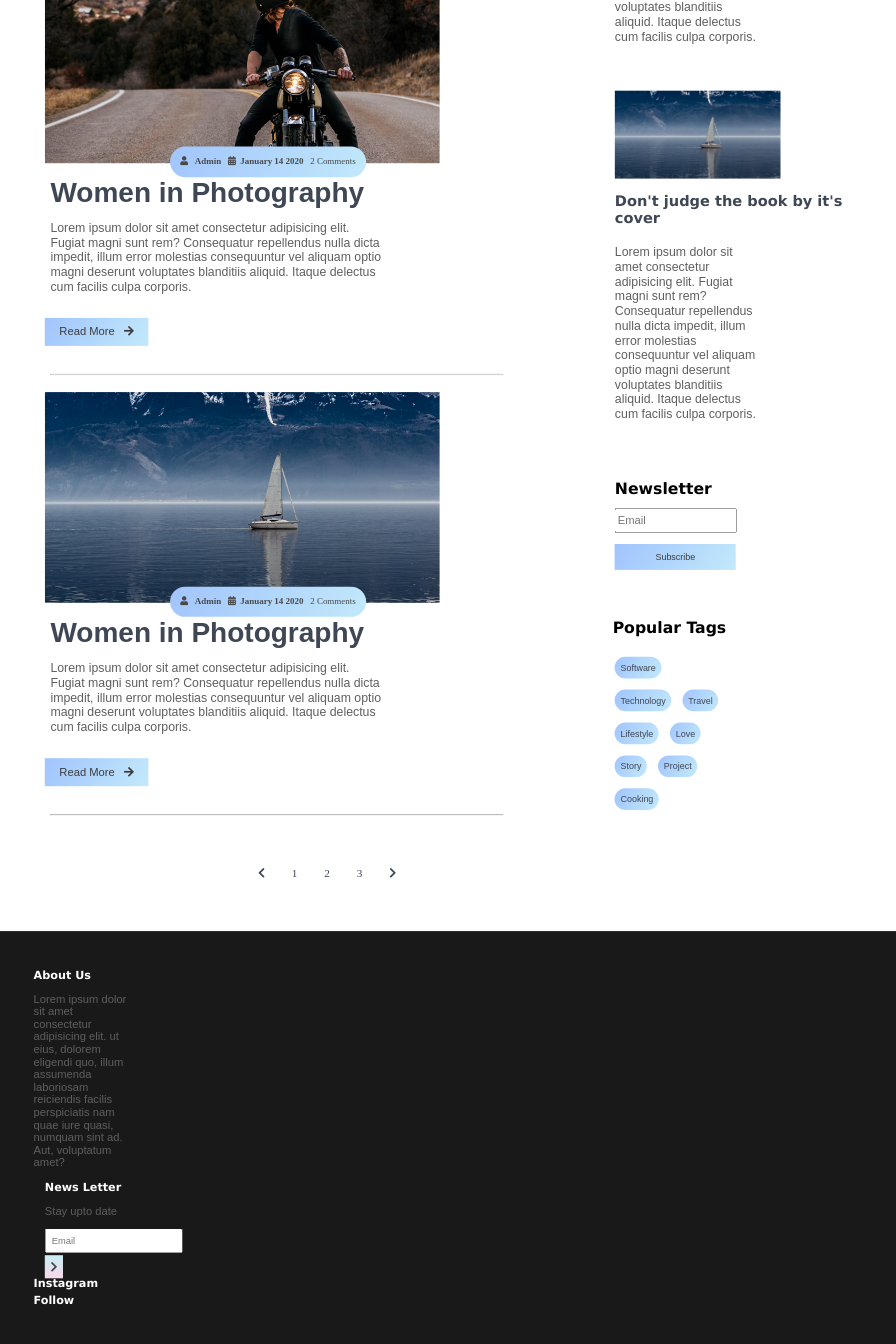
Repository: premjawaharp/Blogsite
Page: index.html
These files come from the project's save history. The page is drawn as it stood at one moment and after a run of saves; the edit follows.
The browser window is 1280 px wide. The pictures show the part of the page from y = 2623 to 4543 px (the page is 4543 px tall before and 4373 px after), at 70% of full size.

Above is the page before, as saved 2020-09-18 15:19:47.

### index.html
<!DOCTYPE html>
<html lang="en">
<head>
    <meta charset="UTF-8">
    <meta name="viewport" content="width=device-width, initial-scale=1.0">
    <title>Blogger</title>

    <!--Font Awesome style-->
    <link rel="stylesheet" href="css/all.css">

    <!-- Owl Carousel style -->
    <link rel="stylesheet" href="./css/owl.carousel.min.css">
    <link rel="stylesheet" href="./css/owl.theme.default.css">

    <!--Custom style-->
    <link rel="stylesheet" href="css/style.css">
</head>
<body>
    <!------------- Navigation ------------------>
   <nav class="nav">
        <div class="nav-menu flex-row">
            <div class="nav-brand">
                <a href="#" class="text-gray">Premonation</a>
            </div>
            <div class="toggle-collapse">
                <div class="toggle-icons">
                    <i class="fas fa-bars"></i>
                </div>
            </div>
            <div>
                <ul class="nav-items">
                    <li class="nav-link">
                        <a href="#">Home</a>
                    </li>
                    <li class="nav-link">
                        <a href="#">Category</a>
                    </li>
                    <li class="nav-link">
                        <a href="#">Archive</a>
                    </li>
                    <li class="nav-link">
                        <a href="#">Pages</a>
                    </li>
                    <li class="nav-link">
                        <a href="#">Contact Us</a>
                    </li>
                </ul>
            </div>
            <div class="social text-gray">
                    <a href="#"><i class="fab fa-facebook-f"></i></a>
                    <a href="#"><i class="fab fa-instagram"></i></a>
                    <a href="#"><i class="fab fa-twitter"></i></a>
                    <a href="#"><i class="fab fa-youtube"></i></a>
            </div>
        </div>
    </nav>
    <!-----x------- Navigation --------x--------->

    <!-- Main site section -->
    <main>
        <!---- Site title ---->
        <section class="site-title">
            <div class="site-background">
                <h3>Tours & Travels</h3>
                <h1>Amazing Place on Earth</h1>
                <button class="btn">Explore</button>
            </div>
        </section>
        <!-- x Site title x -->
        <!-- Blog Carousel content -->
        <section>
            <div class="blog">
                <div class="container">
                    <div class="owl-carousel owl-theme blogpost">
                        <div class="blog-content">
                            <img src="./assets/Blog-post/post-1.jpg" alt="post1">
                            <div class="blog-title">
                                <h3>London Fashion Week</h3>
                                <button class="btn">Fashion</button>
                            </div>
                        </div>
                        <div class="blog-content">
                            <img src="./assets/Blog-post/post-2.jpg" alt="post2">
                            <div class="blog-title">
                                <h3>London Fashion Week</h3>
                                <button class="btn">Fashion</button>
                            </div>
                        </div>
                        <div class="blog-content">
                            <img src="./assets/Blog-post/post-3.jpg" alt="post3">
                            <div class="blog-title">
                                <h3>London Fashion Week</h3>
                                <button class="btn">Fashion</button>
                            </div>
                        </div>
                        <div class="blog-content">
                            <img src="./assets/Blog-post/post-1.jpg" alt="post1">
                            <div class="blog-title">
                                <h3>London Fashion Week</h3>
                                <button class="btn">Fashion</button>
                            </div>
                        </div>

                    </div>
                    <div class="owl-navigation">
                        <span class="owl-nav-prev"><i class="fas fa-long-arrow-alt-left"></i></span>
                        <span class="owl-nav-next"><i class="fas fa-long-arrow-alt-right"></i></span>
                    </div>
                </div>
            </div>
        </section>
        <!-- x Blog Carousel content x -->

        <!---- Site Content ---->

        <section class="container">
            <div class="site-content">
                <div class="posts">
                    <div class="post-content">
                        <div class="post-image">
                            <div>
                                <img  src="./assets/Blog-post/blog1.png" class="img" alt="blog1">
                            </div>
                            <div class="post-info flex-row">
                                <span><i class="fas fa-user text-gray">&nbsp;&nbsp; Admin</i></span>&nbsp;
                                <span><i class="fas fa-calendar-alt text-gray">&nbsp;&nbsp;January 14 2020</i></span>&nbsp;
                                <span class="text-gray">2 Comments</span>
                            </div>
                        </div>
                        <div class="post-title">
                            <a href="#"><h1>Women in Photography</h1></a>
                            <p>Lorem ipsum dolor sit amet consectetur adipisicing elit.
                                Fugiat magni sunt rem? Consequatur repellendus nulla dicta impedit, illum error molestias consequuntur vel aliquam optio magni deserunt voluptates blanditiis aliquid. Itaque delectus cum facilis culpa corporis.</p>
                        </div>
                        <button class="btn post-btn">Read More &nbsp; <i class="fas fa-arrow-right"></i></button>
                    </div>
                    <hr>
                    <div class="post-content">
                        <div class="post-image">
                            <div>
                                <img  src="./assets/Blog-post/blog2.png" class="img" alt="blog">
                            </div>
                            <div class="post-info flex-row">
                                <span><i class="fas fa-user text-gray">&nbsp;&nbsp; Admin</i></span>&nbsp;
                                <span><i class="fas fa-calendar-alt text-gray">&nbsp;&nbsp;January 14 2020</i></span>&nbsp;
                                <span class="text-gray">2 Comments</span>
                            </div>
                        </div>
                        <div class="post-title">
                            <a href="#"><h1>Women in Photography</h1></a>
                            <p>Lorem ipsum dolor sit amet consectetur adipisicing elit.
                                Fugiat magni sunt rem? Consequatur repellendus nulla dicta impedit, illum error molestias consequuntur vel aliquam optio magni deserunt voluptates blanditiis aliquid. Itaque delectus cum facilis culpa corporis.</p>
                        </div>
                        <button class="btn post-btn">Read More &nbsp; <i class="fas fa-arrow-right"></i></button>
                    </div>
                    <hr>
                    <div class="post-content">
                        <div class="post-image">
                            <div>
                                <img  src="./assets/Blog-post/blog3.png" class="img" alt="blog3">
                            </div>
                            <div class="post-info flex-row">
                                <span><i class="fas fa-user text-gray">&nbsp;&nbsp; Admin</i></span>&nbsp;
                                <span><i class="fas fa-calendar-alt text-gray">&nbsp;&nbsp;January 14 2020</i></span>&nbsp;
                                <span class="text-gray">2 Comments</span>
                            </div>
                        </div>
                        <div class="post-title">
                            <a href="#"><h1>Women in Photography</h1></a>
                            <p>Lorem ipsum dolor sit amet consectetur adipisicing elit.
                                Fugiat magni sunt rem? Consequatur repellendus nulla dicta impedit, illum error molestias consequuntur vel aliquam optio magni deserunt voluptates blanditiis aliquid. Itaque delectus cum facilis culpa corporis.</p>
                        </div>
                        <button class="btn post-btn">Read More &nbsp; <i class="fas fa-arrow-right"></i></button>
                    </div>
                    <hr>
                    <div class="post-content">
                        <div class="post-image">
                            <div>
                                <img  src="./assets/Blog-post/blog4.png" class="img" alt="blog3">
                            </div>
                            <div class="post-info flex-row">
                                <span><i class="fas fa-user text-gray">&nbsp;&nbsp; Admin</i></span>&nbsp;
                                <span><i class="fas fa-calendar-alt text-gray">&nbsp;&nbsp;January 14 2020</i></span>&nbsp;
                                <span class="text-gray">2 Comments</span>
                            </div>
                        </div>
                        <div class="post-title">
                            <a href="#"><h1>Women in Photography</h1></a>
                            <p>Lorem ipsum dolor sit amet consectetur adipisicing elit.
                                Fugiat magni sunt rem? Consequatur repellendus nulla dicta impedit, illum error molestias consequuntur vel aliquam optio magni deserunt voluptates blanditiis aliquid. Itaque delectus cum facilis culpa corporis.</p>
                        </div>
                        <button class="btn post-btn">Read More &nbsp; <i class="fas fa-arrow-right"></i></button>
                    </div>
                    <hr>
                    <div class="pagination flex-row">
                        <a href="#"><i class="fas fa-chevron-left"></i></a>
                        <a href="#" class="page">1</a>
                        <a href="#" class="page">2</a>
                        <a href="#" class="page">3</a>
                        <a href="#" ><i class="fas fa-chevron-right"></i></a>
                    </div>
                </div>
                <aside class="sidebar">
                    <div class="category">
                        <h3>Category</h3>
                        <ul class="category-list">
                            <li class="list-items">
                                <a href="#">Software</a>
                                <span>(05)</span>
                            </li>
                            <li class="list-items">
                                <a href="#">Technology</a>
                                <span>(03)</span>
                            </li>
                            <li class="list-items">
                                <a href="#">Lifestyle</a>
                                <span>(02)</span>
                            </li>
                            <li class="list-items">
                                <a href="#">Shopping</a>
                                <span>(06)</span>
                            </li>
                            <li class="list-items">
                                <a href="#">Food</a>
                                <span>(04)</span>
                            </li>
                        </ul>
                    </div>
                    <div class="popular-post">
                        <h3>Popular Posts</h3>
                        <div class="post-content">
                            <div class="post-image">
                                <div>
                                    <img  src="./assets/Blog-post/blog4.png" class="img" alt="blog3">
                                </div>

                            </div>
                            <div class="post-title">
                                <a href="#"><h4>Women in Photography</h4></a>
                                <p>Lorem ipsum dolor sit amet consectetur adipisicing elit.
                                    Fugiat magni sunt rem? Consequatur repellendus nulla dicta impedit, illum error molestias consequuntur vel aliquam optio magni deserunt voluptates blanditiis aliquid. Itaque delectus cum facilis culpa corporis.</p>
                            </div>
                        </div>
                        <div class="post-content">
                            <div class="post-image">
                                <div>
                                    <img  src="./assets/Blog-post/blog4.png" class="img" alt="blog3">
                                </div>
                            </div>
                            <div class="post-title">
                                <a href="#"><h4>Biker Boys</h4></a>
                                <p>Lorem ipsum dolor sit amet consectetur adipisicing elit.
                                    Fugiat magni sunt rem? Consequatur repellendus nulla dicta impedit, illum error molestias consequuntur vel aliquam optio magni deserunt voluptates blanditiis aliquid. Itaque delectus cum facilis culpa corporis.</p>
                            </div>
                        </div>
                        <div class="post-content">
                            <div class="post-image">
                                <div>
                                    <img  src="./assets/Blog-post/blog4.png" class="img" alt="blog3">
                                </div>
                            </div>
                            <div class="post-title">
                                <a href="#"><h4>Don't judge the book by it's cover</h4></a>
                                <p>Lorem ipsum dolor sit amet consectetur adipisicing elit.
                                    Fugiat magni sunt rem? Consequatur repellendus nulla dicta impedit, illum error molestias consequuntur vel aliquam optio magni deserunt voluptates blanditiis aliquid. Itaque delectus cum facilis culpa corporis.</p>
                            </div>
                        </div>
                        <div class="news-letter">
                            <div class="news-form">
                                <h3>Newsletter</h3>
                                <div class="news-inputs">
                                    <input type="text" class='input-element' placeholder="Email">
                                    <button class="new-form-btn btn">Subscribe</button>
                                </div>

                            </div>
                        </div>
                        <div class="popular-tag">
                            <h3>Popular Tags</h3>
                            <div class="tags flex-row">
                                <span class="tag">Software</span>
                                <span class="tag">Technology</span>
                                <span class="tag">Travel</span>
                                <span class="tag">Lifestyle</span>
                                <span class="tag">Love</span>
                                <span class="tag">Story</span>
                                <span class="tag">Project</span>
                                <span class="tag">Cooking</span>
                            </div>

                        </div>

                    </div>
                </aside>

            </div>
        </section>
        <!-- x Site Content x -->

    </main>
    <!-- x Main site section x -->
    <!-- ------- footer ------- -->
    <footer class="footer">
        <div class="container">
            <div class="pad-pad">
                <div class="about-us">
                    <h3>About Us</h3>
                    <p class="">Lorem ipsum dolor sit amet consectetur adipisicing elit.
                        ut eius, dolorem eligendi quo, illum
                        assumenda laboriosam reiciendis
                        facilis perspiciatis nam quae iure quasi,
                         numquam sint ad. Aut, voluptatum amet?</p>
                </div>
                <div class="news-letter">
                    <h3>News Letter</h3>
                    <p>Stay upto date</p>
                    <div class="news-inputs">
                        <input type="text" class='input-element' placeholder="Email">
                        <span><i class='fas fa-chevron-right'></i></span>
                    </div>
                </div>
                <div class="instagram">
                    <h3>Instagram</h3>
                </div>
                <div class="follow">
                    <h3>Follow</h3>
                </div>
            </div>
        </div>
    </footer>

    <!-- -----x- footer -x----- -->
    <!-- Jquery library -->
    <script src="js/jquery3.5.1.min.js"></script>
    <!-- Owl Carousel Js -->
    <script src="js/owl.carousel.min.js"></script>
    <!-- Custom javascript -->
    <script src="js/script.js"></script>



</body>
</html>

### css/fonts.css
@font-face{
    font-family: Montserrat;
    src: url(../Montserrat/Montserrat-Light.ttf)
}
@font-face{
    font-family: Montserrat-Bold;
    src: url(../Montserrat/Montserrat-Bold.ttf)
}
@font-face{
    font-family: Montserrat-SemiBold;
    src: url(../Montserrat/Montserrat-SemiBold.ttf)
}
@font-face{
    font-family: Montserrat-Medium;
    src: url(../Montserrat/Montserrat-Regular.ttf)
}

@font-face{
    font-family: Anton-Regular;
    src: url(../Anton/Anton-Regular.ttf)
}

Loaded but not shown: css/all.css (library); css/owl.carousel.min.css (library); css/owl.theme.default.css (common file); js/jquery3.5.1.min.js (library); js/owl.carousel.min.js (library); js/script.js (26 lines, source omitted); css/style.css (494 lines, source omitted)

After the next 2 saves:
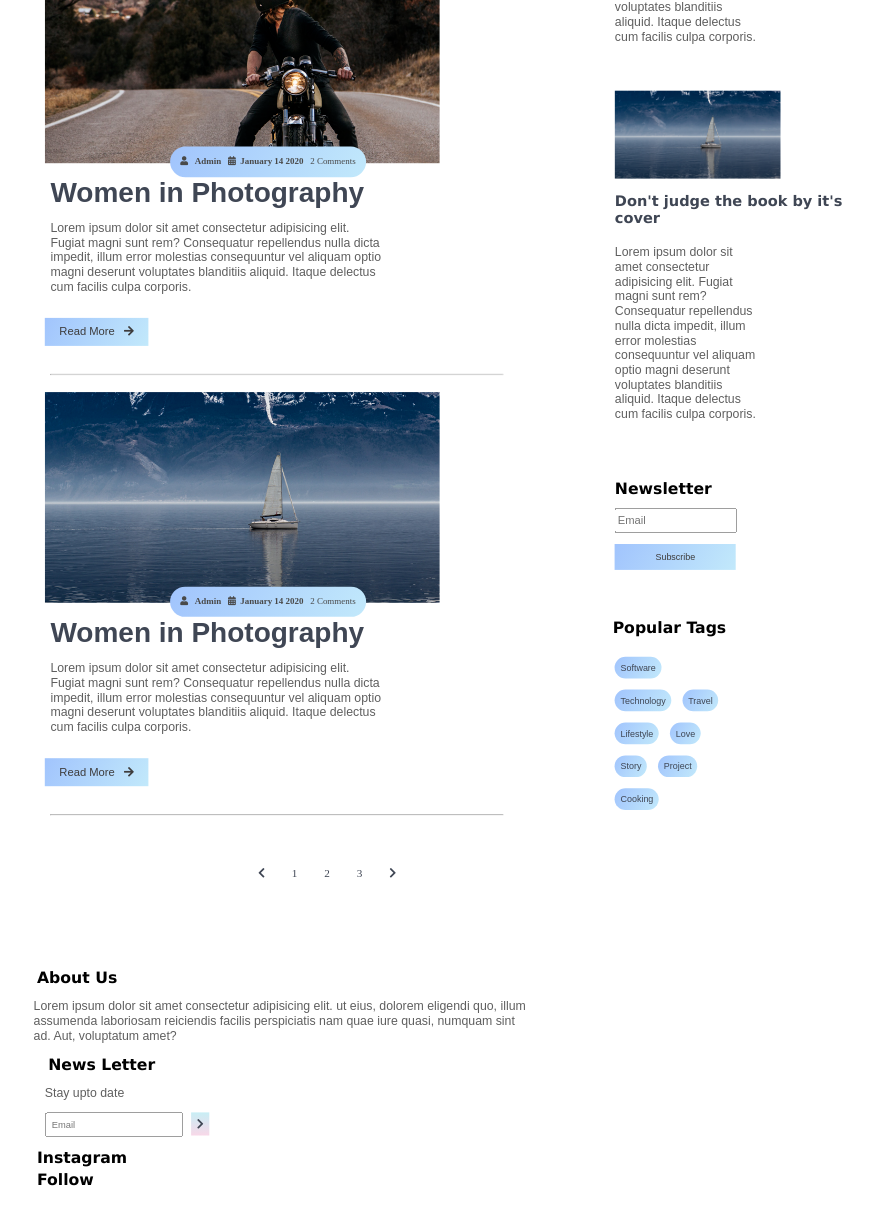
The 2 saves are shown as one change because they came seconds apart.
The last was saved 25 s later.
--- a/index.html
+++ b/index.html
@@ -301,7 +301,7 @@
     <!-- x Main site section x -->
     <!-- ------- footer ------- -->
     <footer class="footer">
-        <div class="container">
+        <div class="pad">
             <div class="pad-pad">
                 <div class="about-us">
                     <h3>About Us</h3>

After the save that followed:
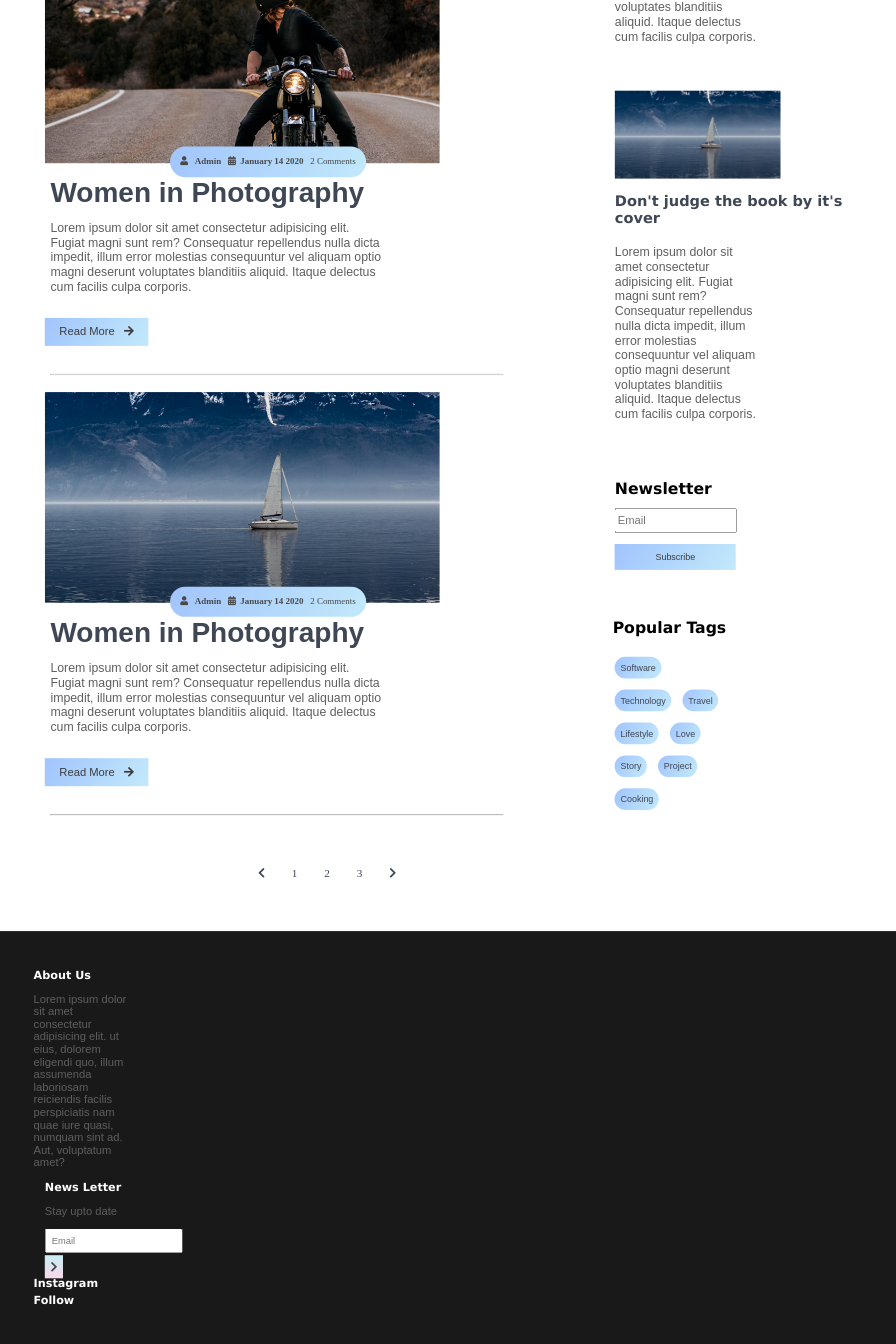
Saved 4 s later.
--- a/index.html
+++ b/index.html
@@ -301,7 +301,7 @@
     <!-- x Main site section x -->
     <!-- ------- footer ------- -->
     <footer class="footer">
-        <div class="pad">
+        <div class="container">
             <div class="pad-pad">
                 <div class="about-us">
                     <h3>About Us</h3>
